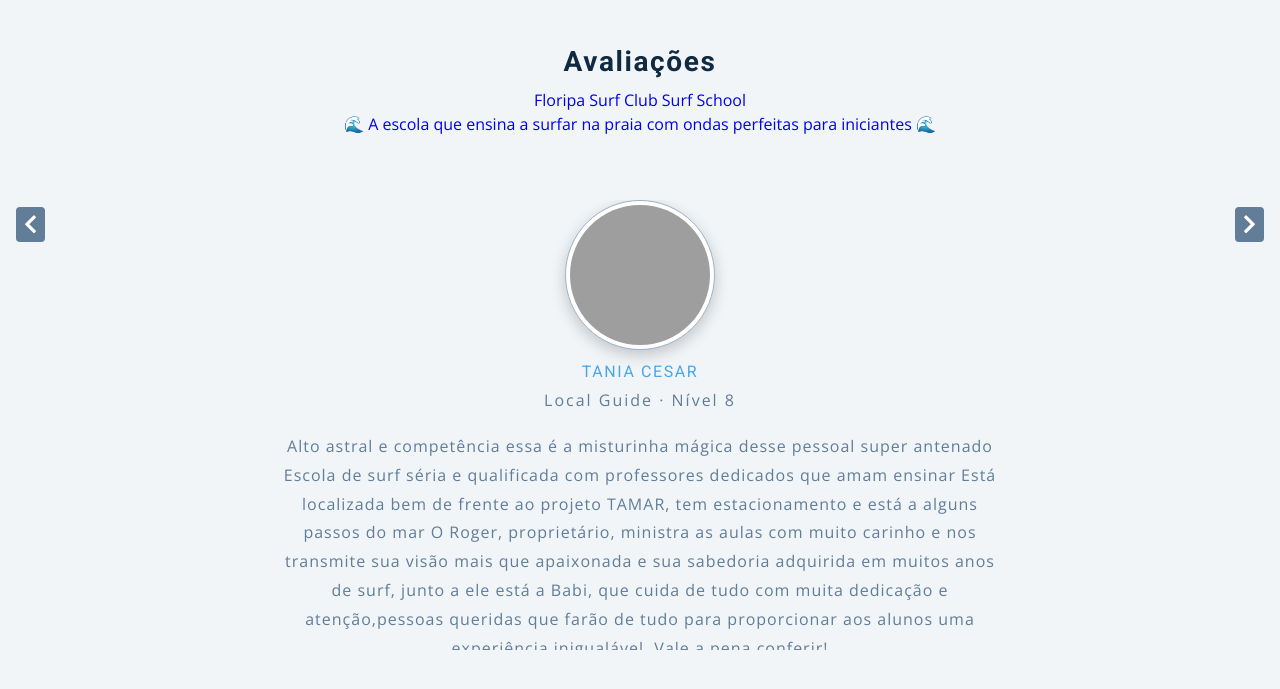
Repository: araguaci/floripasurfclub-reviews
Page: index.html
An editor plug-in stored every save of this project. The page is shown before and after the next save, followed by the edit.
The browser window is 1280 px wide. The pictures show the whole page.
Pictures or frames that could not be fetched are drawn as grey boxes. Some web libraries are served in a nearby version.

Above is the page before, as saved 2021-08-23 20:48:20.

### index.html
<!DOCTYPE html>
<html lang="en">
  <head>
    <meta charset="UTF-8" />
    <meta name="viewport" content="width=device-width, initial-scale=1.0" />
    <title>Avaliações - Floripa Surf Club Surf School</title>
    <meta name="viewport"
      content="Floripa Surf Club Surf School
        🌊 a escola que ensina a surfar na praia com ondas perfeitas para iniciantes 🌊
        🌊 Surf School and Trips 🏄‍♀️🏄
        🌊 Free Surf 🌎 Barra da Lagoa 🌊
        🌊 Em frente ao Projeto Tamar 🌊
        Santa Catarina - Brasil "
    />
    <meta name="description"
      content="Floripa Surf Club Surf School
        🌊 a escola que ensina a surfar na praia com ondas perfeitas para iniciantes 🌊
        🌊 Surf School and Trips 🏄‍♀️🏄
        🌊 Free Surf 🌎 Barra da Lagoa 🌊
        🌊 Em frente ao Projeto Tamar 🌊
        Santa Catarina - Brasil "
    />
    <link rel="shortcut icon" type="image/x-icon" href="./favicon.ico" />
    <!-- font-awesome -->
    <link
      rel="stylesheet"
      href="https://cdnjs.cloudflare.com/ajax/libs/font-awesome/5.14.0/css/all.min.css"
    />

    <!-- stylesheet -->
    <link rel="stylesheet" href="styles.css" />
  </head>
  <body>
    <section class="slider">
      <div class="reviews">
        <h3>Avaliações</h3>
        <p><a href="http://www.floripasurfclub.com.br/">Floripa Surf Club Surf School<br />🌊 A escola que ensina a surfar na praia com ondas perfeitas para iniciantes 🌊</a></p>
      </div>
      <div class="slide-container">
        <!-- <article class="slide">
          <img
            src="https://res.cloudinary.com/diqqf3eq2/image/upload/c_scale,w_200/v1595959121/person-1_aufeoq.jpg"
            class="img"
            alt="peter doe"
          />
          <h4>peter doe</h4>
          <p class="title">product designer</p>
          <p class="text">
            Lorem ipsum dolor sit amet consectetur adipisicing elit. Quidem quo
            eius recusandae officia voluptas sint deserunt dicta nihil nam
            omnis?
          </p>
          <div class="quote-icon">
            <i class="fas fa-quote-right"></i>
          </div>
        </article> -->
      </div>
      <!-- buttons -->
      <!-- prev btn -->
      <button class="btn prev-btn">
        <i class="fas fa-chevron-left"></i>
      </button>
      <!-- next button -->
      <button class="btn next-btn">
        <i class="fas fa-chevron-right"></i>
      </button>
    </section>
    <script type="module" src="app.js"></script>
  </body>
</html>

### styles.css
/*
===============
Fonts
===============
*/
@import url("https://fonts.googleapis.com/css?family=Open+Sans|Roboto:400,700&display=swap");

/*
===============
Variables
===============
*/

:root {
  /* dark shades of primary color*/
  --clr-primary-1: hsl(205, 86%, 17%);
  --clr-primary-2: hsl(205, 77%, 27%);
  --clr-primary-3: hsl(205, 72%, 37%);
  --clr-primary-4: hsl(205, 63%, 48%);
  /* primary/main color */
  --clr-primary-5: hsl(205, 78%, 60%);
  /* lighter shades of primary color */
  --clr-primary-6: hsl(205, 89%, 70%);
  --clr-primary-7: hsl(205, 90%, 76%);
  --clr-primary-8: hsl(205, 86%, 81%);
  --clr-primary-9: hsl(205, 90%, 88%);
  --clr-primary-10: hsl(205, 100%, 96%);
  /* darkest grey - used for headings */
  --clr-grey-1: hsl(209, 61%, 16%);
  --clr-grey-2: hsl(211, 39%, 23%);
  --clr-grey-3: hsl(209, 34%, 30%);
  --clr-grey-4: hsl(209, 28%, 39%);
  /* grey used for paragraphs */
  --clr-grey-5: hsl(210, 22%, 49%);
  --clr-grey-6: hsl(209, 23%, 60%);
  --clr-grey-7: hsl(211, 27%, 70%);
  --clr-grey-8: hsl(210, 31%, 80%);
  --clr-grey-9: hsl(212, 33%, 89%);
  --clr-grey-10: hsl(210, 36%, 96%);
  --clr-white: #fff;
  --clr-red-dark: hsl(360, 67%, 44%);
  --clr-red-light: hsl(360, 71%, 66%);
  --clr-green-dark: hsl(125, 67%, 44%);
  --clr-green-light: hsl(125, 71%, 66%);
  --clr-black: #222;
  --ff-primary: "Roboto", sans-serif;
  --ff-secondary: "Open Sans", sans-serif;
  --transition: all 0.3s linear;
  --spacing: 0.1rem;
  --radius: 0.25rem;
  --light-shadow: 0 5px 15px rgba(0, 0, 0, 0.1);
  --dark-shadow: 0 5px 15px rgba(0, 0, 0, 0.2);
  --max-width: 1170px;
  --fixed-width: 620px;
}
/*
===============
Global Styles
===============
*/

*,
::after,
::before {
  margin: 0;
  padding: 0;
  box-sizing: border-box;
}
body {
  font-family: var(--ff-secondary);
  background: var(--clr-grey-10);
  color: var(--clr-grey-1);
  line-height: 1.5;
  font-size: 0.875rem;
}
ul {
  list-style-type: none;
}
a {
  text-decoration: none;
}
h1,
h2,
h3,
h4 {
  letter-spacing: var(--spacing);
  text-transform: capitalize;
  line-height: 1.25;
  margin-bottom: 0.75rem;
  font-family: var(--ff-primary);
}
h1 {
  font-size: 3rem;
}
h2 {
  font-size: 2rem;
}
h3 {
  font-size: 1.25rem;
}
h4 {
  font-size: 0.875rem;
}
p {
  margin-bottom: 1.25rem;
  color: var(--clr-grey-5);
}
@media screen and (min-width: 800px) {
  h1 {
    font-size: 4rem;
  }
  h2 {
    font-size: 2.5rem;
  }
  h3 {
    font-size: 1.75rem;
  }
  h4 {
    font-size: 1rem;
  }
  body {
    font-size: 1rem;
  }
  h1,
  h2,
  h3,
  h4 {
    line-height: 1;
  }
}

.section-center {
  width: 90vw;
  margin: 0 auto;
  max-width: 1170px;
}
@media screen and (min-width: 992px) {
  .section-center {
    width: 95vw;
  }
}
main {
  min-height: 100vh;
  display: grid;
  place-items: center;
}

/*
===============
Slider Styles
===============
*/
section {
  width: 85vw;
  margin: 0 auto;
  margin-top: 2rem;
  text-align: center;
  padding: 1rem 0;
  /* set relative for buttons */
  position: relative;
}
.reviews {
  margin-bottom: 4rem;
}
.reviews h2 {
  display: flex;
  align-items: center;
  justify-content: center;
}
.reviews span {
  font-size: 0.85em;
  color: var(--clr-primary-5);
  margin-right: 1rem;
}
.img {
  width: 150px;
  height: 150px;
  object-fit: cover;
  border: 1px solid var(--clr-grey-7);
  background: var(--clr-white);
  padding: 0.25rem;
  border-radius: 50%;
  box-shadow: var(--dark-shadow);
}
h4 {
  text-transform: uppercase;
  font-weight: 500;
  color: var(--clr-primary-5);
  letter-spacing: var(--spacing);
  margin: 0.5rem 0;
}
.title {
  margin-bottom: 1.25rem;
  letter-spacing: 2px;
  text-transform: capitalize;
}
.text {
  color: var(--clr-grey-5);
  line-height: 1.8;
  max-width: 45em;
  margin: 0 auto;
  letter-spacing: 1px;
}

.icon:hover {
  transform: scale(1.1);
  opacity: 0.8;
}
.quote-icon {
  font-size: 3rem;
  margin-top: 2rem;
  color: var(--clr-primary-5);
}
/* set buttons */
.btn {
  position: absolute;
  top: 175px;
  background: var(--clr-grey-5);
  color: var(--clr-white);
  padding: 0.25rem 0.35rem;
  border-radius: 0.25rem;
  border: transparent;
  cursor: pointer;
}
.next-btn {
  right: -0.5rem;
}
.prev-btn {
  left: -0.5rem;
}
@media screen and (min-width: 768px) {
  .next-btn {
    right: -5rem;
  }
  .prev-btn {
    left: -5rem;
  }
  .btn {
    font-size: 1.3rem;
    padding: 0.35rem 0.5rem;
  }
  .quote-icon {
    font-size: 4rem;
  }
}

/* MORE CSS FOR JS */

.slide-container {
  display: flex;
  position: relative;
  height: 450px;
  overflow: hidden;
}

.slide {
  position: absolute;
  top: 0;
  left: 0;
  width: 100%;
  height: 100%;
  transition: all 0.3s ease-in-out;
  opacity: 0;
}
.slide.active {
  opacity: 1;
  transform: translateX(0);
}
.slide.next {
  transform: translateX(100%);
}
.slide.last {
  transform: translateX(-100%);
}

### app.js
import data from "./data.js";
const container = document.querySelector(".slide-container");
const nextBtn = document.querySelector(".next-btn");
const prevBtn = document.querySelector(".prev-btn");
// if length is 1 hide buttons
if (data.length === 1) {
  nextBtn.style.display = "none";
  prevBtn.style.display = "none";
}
// if length is 2, add copies of slides
let people = [...data];
if (data.length === 2) {
  people = [...data, ...data];
}
container.innerHTML = people
  .map((person, slideIndex) => {
    const { img, name, job, text } = person;
    let position = "next";
    if (slideIndex === 0) {
      position = "active";
    }
    if (slideIndex === people.length - 1) {
      position = "last";
    }
    if (data.length <= 1) {
      position = "active";
    }
    return `<article class="slide ${position}">
  <img src=${img} class="img" alt="${name}"/>
  <h4>${name}</h4>
  <p class="title">${job}</p>
  <p class="text">
   ${text}
  </p>
<div class="quote-icon">
<i class="fas fa-quote-right"></i>
</div>
 </article>`;
  })
  .join("");

const startSlider = (type) => {
  // get all three slides active,last next
  const active = document.querySelector(".active");
  const last = document.querySelector(".last");
  let next = active.nextElementSibling;
  if (!next) {
    next = container.firstElementChild;
  }
  active.classList.remove(["active"]);
  last.classList.remove(["last"]);
  next.classList.remove(["next"]);

  if (type === "prev") {
    active.classList.add("next");
    last.classList.add("active");
    next = last.previousElementSibling;
    if (!next) {
      next = container.lastElementChild;
    }
    next.classList.remove(["next"]);
    next.classList.add("last");
    return;
  }
  active.classList.add("last");
  last.classList.add("next");
  next.classList.add("active");
};
nextBtn.addEventListener("click", () => {
  startSlider();
});
prevBtn.addEventListener("click", () => {
  startSlider("prev");
});

### data.js
const people = [
  {
    img:
      "https://lh3.googleusercontent.com/a-/AOh14Giu0kiWyS2TqMwVEJ1al1_fpSVvwjTqir82_8H4-A=w60-h60-p-rp-mo-ba6-br100",
    name: "Tania Cesar",
    job: "Local Guide · Nível 8",
    text: `Alto astral e competência essa é a misturinha mágica desse pessoal super antenado
    Escola de surf séria e qualificada com professores dedicados que amam ensinar
    Está localizada bem de frente ao projeto TAMAR, tem estacionamento e está a alguns passos do mar
    O Roger, proprietário, ministra as aulas com muito carinho e nos transmite sua visão mais que apaixonada e sua sabedoria adquirida em muitos anos de surf, junto a ele está a Babi, que cuida de tudo com muita dedicação e atenção,pessoas queridas que farão de tudo para proporcionar aos alunos uma experiência inigualável.
    Vale a pena conferir!`,
  },
  {
    img:
      "https://lh3.googleusercontent.com/a-/AOh14GiYjYRznwekXx5B-5pkouNsyKt9njs5WctHDGFmWQI=w60-h60-p-rp-mo-br100",
    name: "Cesar Lopes",
    job: "Local Guide · Nível 2",
    text: `A aula é excelente, tudo em volta favorece, local, professor e material. Recomendo bastante`,
  },
  {
    img:
      "https://lh3.googleusercontent.com/a-/AOh14GgDzGFLzrlMZXo79mGsCE17A-hisYfwxj4CTLlsgg=w60-h60-p-rp-mo-ba4-br100",
    name: "Jaqueline Muniz",
    job: "Local Guide · Nível 6",
    text: `Manhã sensacional de surf graças ao Roger e a equipe do Floripa Surf Club! Fomos super bem acolhidos e instruídos. Os equipamentos são novíssimos e de ótima qualidade! Valeu demais!!`,
  },
  {
    img:
      "https://lh3.googleusercontent.com/a-/AOh14Gh6XkPmODM_cSEtolbGRLu3ikdT2PHd3dcjLbnArw=w60-h60-p-rp-mo-ba5-br100",
    name: "M. M. Leal",
    job: "Local Guide · Nível 7",
    text: `Essa escola é simplesmente incrível!!  A cada aula me sinto mais segura e mais confortável mas ondas, logo no primeiro dia já consegui ficar em pé na prancha! Eles tem vários tamanhos de prancha disponíveis e todo o material necessário. As aulas são profissionais e tudo com muito respeito, paciência e didática você se diverte, aprende e se conecta com a natureza e as ondas. Altamente recomendado!!`,
  },
  {
    img:
      "https://lh3.googleusercontent.com/a-/AOh14Gh8OcfW8UpBhIn2HgTVwjr2IgwT1A-fHR8t4rLNXQ=w60-h60-p-rp-mo-ba5-br100",
    name: "Natan Morette",
    job: "Local Guide · Nível 7",
    text: `Roger foi um excelente professor. Aulas muito boas, auto astral de mais. Aprendi a verdadeira essência do surf e me diverti muito. Além de ter evoluído de mais o meu nível de surf`,
  },
  {
    img:
      "https://lh3.googleusercontent.com/a-/AOh14GjHWM6SS1DVT6zLS50jgyPwNiRUPS9-ZbThNKiV5wY=w60-h60-p-rp-mo-br100",
    name: "ISABEL FAGUNDES",
    job: "",
    text: `Simplesmente Maravilhoso! Profs atenciosos e de ótima comunicação! Realmente amam o surf!  Minha filha fez a aula e super amou! Realização! Obrigada e parabéns!`,
  },
  {
    img:
      "https://lh3.googleusercontent.com/a/AATXAJxMuxno1G7MPdT0GL03WJO0U0C4l-refb-5gti_=w60-h60-p-rp-mo-br100",
    name: "Vinícius Pavan",
    job: "",
    text: `Entrei para uma escola de surf e ganhei uma família para a prática do esporte. Tudo impecável em cada detalhe e em poucas aulas a evolução foi muito grande.
    A equipe é incrível, especialmente o Roger que nos pegou pela mão e ensinou cada detalhe não apenas técnico como comportamental, ético moral do surf. Só tenho a agradecer!!`,
  },
  {
    img:
      "https://lh3.googleusercontent.com/a-/AOh14Gjdgf3fnxikdAAKotnWX4N-AfRUTeGsV2paQeAbHg=w60-h60-p-rp-mo-br100",
    name: "Leonardo",
    job: "",
    text: `Aulas muito boas e excelentes profissionais. Todos estão de parabéns pelo trabalho e pela energia dentro e fora da água. Valeu, galera!`,
  },
  {
    img:
      "https://lh3.googleusercontent.com/a-/AOh14GgYC2TEO3bykkbIRnAGhidciWzA_bbK2IwqC7jv-Q=w60-h60-p-rp-mo-br100",
    name: "Vinicius Paulino",
    job: "",
    text: `Além dos equipamentos de qualidade os ensinamentos praticos, teoricos e a vibe dos professores garetem o surf na sua essência com seguranca evolucao e diversão garantida...`,
  },
  {
    img:
      "https://lh3.googleusercontent.com/a-/AOh14GgBeeZeJouQSUSck3TaOql5MmivzKjsEiM6b6gBKw=w60-h60-p-rp-mo-br100",
    name: "Lafayette Baesso",
    job: "",
    text: `Sem palavras. Tive aula com o Roger e ele é um professor excepcional. Se você está em dúvida, confia. Eu recomendaria até para a minha vó hahaha`,
  },
  {
    img:
      "https://lh3.googleusercontent.com/a-/AOh14GgIEiEbekl7n1jcIFaYW8tIN4aDMkPyKZjRgtdEeA=w60-h60-p-rp-mo-br100",
    name: "Céu do Momento - Astrologia no seu dia a dia",
    job: "",
    text: `É o Guilherme aqui! Nossa senhora as aulas do Floripa Surf Club são SENSACIONAIS! Cheguei a pouco tempo em Floripa e fui super bem recibido pelos professores... Roger e Leo obrigado pelo alto astral e por cada aula incrível... Surf está se tornando minha paixão!! Gratidão imensa!!`,
  },
  {
    img:
      "https://lh3.googleusercontent.com/a-/AOh14GjyLIO18HSIUwV_6_YzdPu2li3c8bXKtV5DYDLQWA=w60-h60-p-rp-mo-br100",
    name: "Guilherme Sperandio",
    job: "",
    text: `Super recomendo as aulas do Roger e do Léo. Eles focam nos detalhes que cada iniciante precisa e a energia da aula é fantástica. Podem confiar que vale muito a pena. Gratidão, Roger e turma.`,
  },
  {
    img:
      "https://lh3.googleusercontent.com/a-/AOh14GgIvz6sGDumpCZobrTJK8TXte5bTZ2y8ftCMyXzxA=w60-h60-p-rp-mo-br100",
    name: "Ligia Salermo",
    job: "",
    text: `Professor ótimo, pessoal super gentil e simpático, fui bem atendida, lugar para trocar para mulheres bem reservado, me emprestaram cadeira de praia, tudo isso extra à aula de surf que foi excelente! Indico com certeza`,
  }
];

export default people;

After the next save:
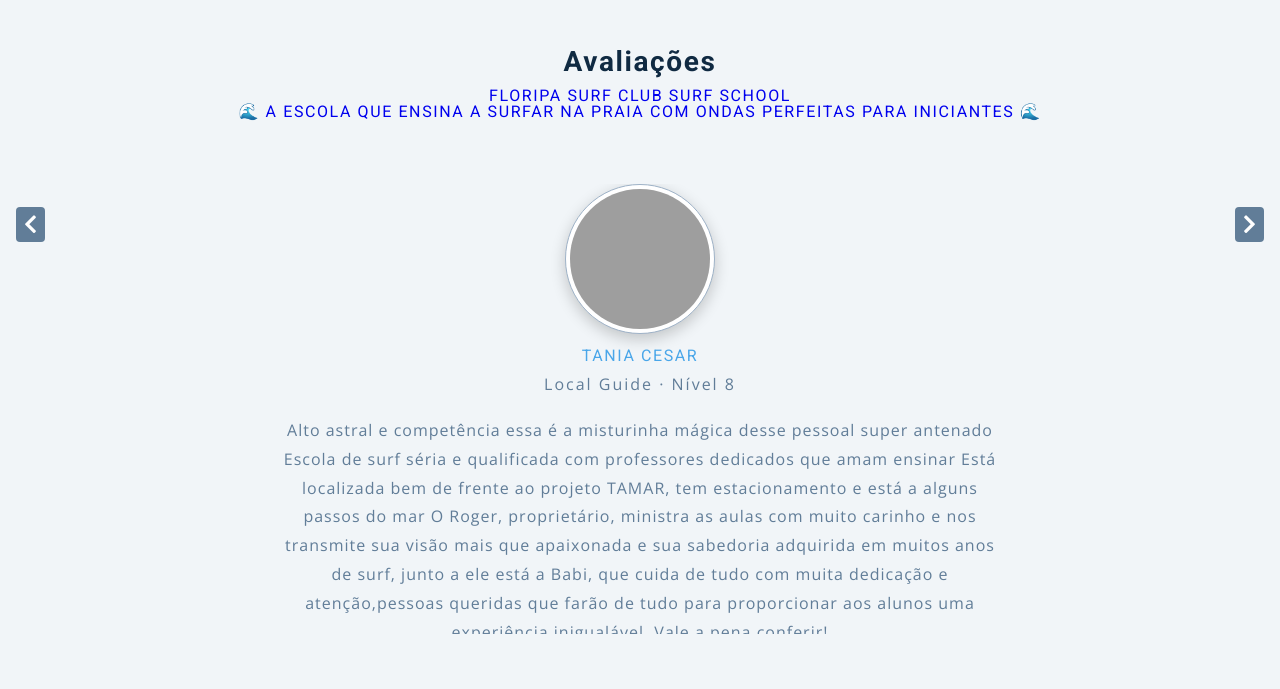
Saved 14 s later.
--- a/index.html
+++ b/index.html
@@ -34,7 +34,7 @@
     <section class="slider">
       <div class="reviews">
         <h3>Avaliações</h3>
-        <p><a href="http://www.floripasurfclub.com.br/">Floripa Surf Club Surf School<br />🌊 A escola que ensina a surfar na praia com ondas perfeitas para iniciantes 🌊</a></p>
+        <h4><a href="http://www.floripasurfclub.com.br/">Floripa Surf Club Surf School<br />🌊 A escola que ensina a surfar na praia com ondas perfeitas para iniciantes 🌊</a></h4>
       </div>
       <div class="slide-container">
         <!-- <article class="slide">
